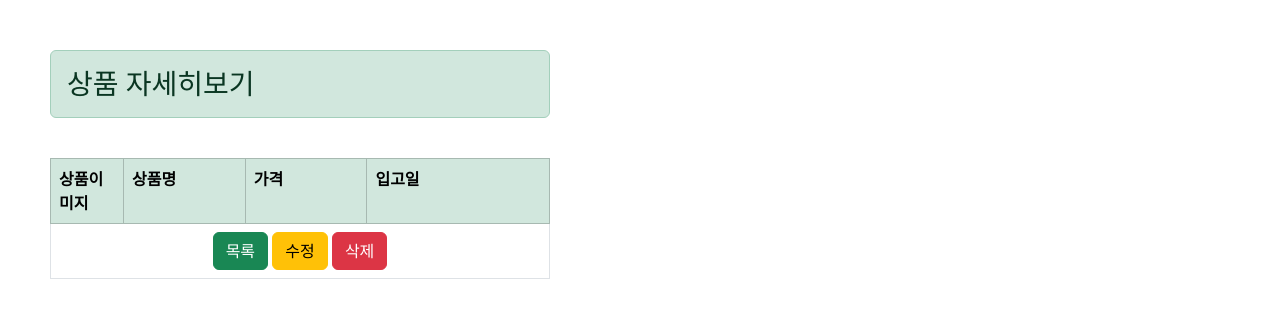
Repository: JunbroGit/SistProject
Page: http://localhost/jsaAjaxProject/quizshop/detailPage.jsp
The author's editor kept a copy of each file at every save. The page is drawn from the files as they stood at one save, then again after the next save.
The browser window is 1280 px wide. The pictures show the whole page.
Some web fonts or font styles are not loaded; a fallback is used. The page is served by Tomcat 9. Other server files are loaded and not shown. Queries for data that is not in the repository find no rows.

Above is the page before, as saved 2024-03-12 07:55:25.

### jspwork/jsaAjaxProject/src/main/webapp/quizshop/detailPage.jsp
<%@page import="quizshop.model.QuizShopDto"%>
<%@page import="java.util.List"%>
<%@page import="quizshop.model.QuizShopDao"%>
<%@ page language="java" contentType="text/html; charset=UTF-8"
    pageEncoding="UTF-8"%>
<!DOCTYPE html>
<html>
<head>
<meta charset="UTF-8">
<link href="https://cdn.jsdelivr.net/npm/bootstrap@5.3.2/dist/css/bootstrap.min.css" rel="stylesheet">
<link href="https://fonts.googleapis.com/css2?family=Dongle&family=Gaegu&family=Nanum+Myeongjo&family=Nanum+Pen+Script&family=Noto+Sans+KR:wght@100..900&display=swap" rel="stylesheet">
<script src="https://code.jquery.com/jquery-3.7.0.js"></script>
<title>Insert title here</title>
</head>
<%
	QuizShopDao dao=new QuizShopDao();
	List<QuizShopDto> list=dao.getAllShops();
%>
<body>
	<!-- 이미지가 크게 나오고 옆에 설명추가
	     상품명   가격   입고일

	     맨아래 목록,수정,삭제 버튼 3개 추가 -->

<div style="margin: 50px 50px; width: 500px;">
	<h3 class="alert alert-success">상품 자세히보기</h3>
	<br>
	<table class="table table-bordered">
		<tr class="table-success">
			<th width="60">상품이미지</th>
			<th width="100">상품명</th>
			<th width="100">가격</th>
			<th width="150">입고일</th>
		</tr>

		<%
			for(int i=0;i<list.size();i++){

				QuizShopDto dto=list.get(i);
				%>
				<tr>
					<td><img src="../image/쇼핑몰이미지/<%=dto.getPhoto() %>.jpg" width="150px;"></td>
					<td style="vertical-align: middle;"><%=dto.getSang_name() %></td>
					<td style="vertical-align: middle;"><%=dto.getPrice() %>원</td>
					<td style="vertical-align: middle;"><%=dto.getIpgoday() %></td>
				</tr>
			<%}
		%>

		<tr>
			<td colspan="4" align="center">
				<button class="btn btn-success">목록</button>
				<button class="btn btn-warning">수정</button>
				<button class="btn btn-danger">삭제</button>
			</td>
		</tr>
	</table>
</div>
</body>
</html>

### jspwork/jsaAjaxProject/src/main/java/quizshop/model/QuizShopDao.java
package quizshop.model;

import java.sql.Connection;
import java.sql.PreparedStatement;
import java.sql.ResultSet;
import java.sql.SQLException;
import java.util.ArrayList;
import java.util.List;

import mysql.db.DbConnect;

public class QuizShopDao {

	DbConnect db=new DbConnect();

	public void insertShop(QuizShopDto dto) {

		Connection conn=db.getConnection();
		PreparedStatement pstmt=null;

		String sql="insert into quizshop values(null,?,?,?,?,now())";

		try {
			pstmt=conn.prepareStatement(sql);

			pstmt.setString(1, dto.getSang_name());
			pstmt.setString(2, dto.getPhoto());
			pstmt.setInt(3, dto.getPrice());
			pstmt.setString(4, dto.getIpgoday());

			pstmt.execute();
		} catch (SQLException e) {
			// TODO Auto-generated catch block
			e.printStackTrace();
		}finally {
			db.dbClose(pstmt, conn);
		}
	}

	public List<QuizShopDto> getAllShops(){

		List<QuizShopDto> list=new ArrayList<QuizShopDto>();

		Connection conn=db.getConnection();
		PreparedStatement pstmt=null;
		ResultSet rs=null;

		String sql="select * from quizshop order by num desc";

		try {
			pstmt=conn.prepareStatement(sql);
			rs=pstmt.executeQuery();

			while(rs.next()) {

				QuizShopDto dto=new QuizShopDto();

				dto.setNum(rs.getString("num"));
				dto.setSang_name(rs.getString("sang_name"));
				dto.setPhoto(rs.getString("photo"));
				dto.setPrice(rs.getInt("price"));
				dto.setIpgoday(rs.getString("ipgoday"));
				dto.setWriteday(rs.getTimestamp("writeday"));

				list.add(dto);
			}
		} catch (SQLException e) {
			// TODO Auto-generated catch block
			e.printStackTrace();
		}finally {
			db.dbClose(rs, pstmt, conn);
		}

		return list;
	}
}

### jspwork/jsaAjaxProject/src/main/java/mysql/db/DbConnect.java
package mysql.db;

import java.sql.Connection;
import java.sql.DriverManager;
import java.sql.PreparedStatement;
import java.sql.ResultSet;
import java.sql.SQLException;
import java.sql.Statement;

public class DbConnect {

	static final String MYSQLDRIVER="com.mysql.cj.jdbc.Driver";
	static final String MYSQL_URL="jdbc:mysql://localhost:3306/coffee";

	public DbConnect() {
		try {
			Class.forName(MYSQLDRIVER);
			System.out.println("mysql 드라이버성공");
		} catch (ClassNotFoundException e) {
			// TODO Auto-generated catch block
			//e.printStackTrace();
			System.out.println("mysql 드라이버 실패"+e.getMessage());
		}
	}


	public Connection getConnection()
	{
		Connection conn=null;

		try {
			conn=DriverManager.getConnection(MYSQL_URL, "junbro", "1234");
			System.out.println("MYSQL계정연결성공");
		} catch (SQLException e) {
			// TODO Auto-generated catch block
			e.printStackTrace();
			System.out.println("MYSQL연결실패: "+e.getMessage());
		}


		return conn;
	}

	//close 총 4개 오버로딩
	public void dbClose(ResultSet rs,Statement stmt,Connection conn)
	{

			try {
				if(rs!=null) rs.close();
				if(stmt!=null) stmt.close();
				if(conn!=null) conn.close();
			} catch (SQLException e) {
				// TODO Auto-generated catch block
				e.printStackTrace();
			}
	}

	public void dbClose(Statement stmt,Connection conn)
	{

			try {

				if(stmt!=null) stmt.close();
				if(conn!=null) conn.close();
			} catch (SQLException e) {
				// TODO Auto-generated catch block
				e.printStackTrace();
			}
	}

	public void dbClose(ResultSet rs,PreparedStatement pstmt,Connection conn)
	{

			try {
				if(rs!=null) rs.close();
				if(pstmt!=null) pstmt.close();
				if(conn!=null) conn.close();
			} catch (SQLException e) {
				// TODO Auto-generated catch block
				e.printStackTrace();
			}
	}

	public void dbClose(PreparedStatement pstmt,Connection conn)
	{

			try {

				if(pstmt!=null) pstmt.close();
				if(conn!=null) conn.close();
			} catch (SQLException e) {
				// TODO Auto-generated catch block
				e.printStackTrace();
			}
	}


}

After the next save:
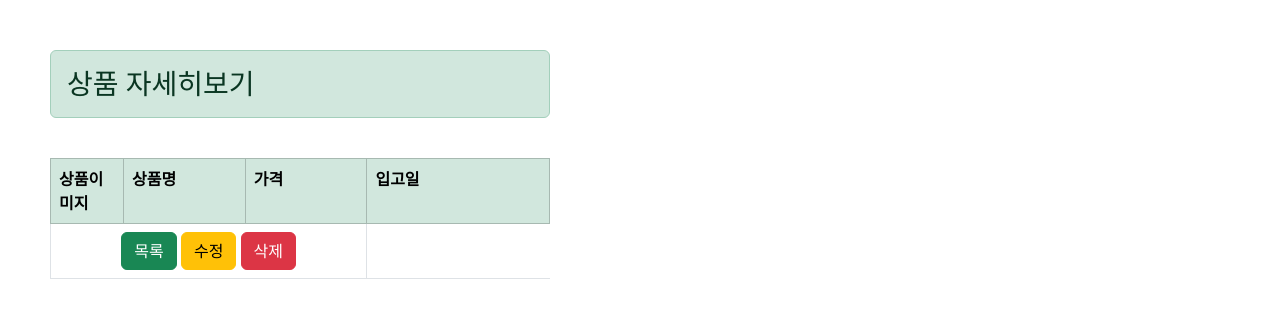
Saved 14 s later.
--- a/jspwork/jsaAjaxProject/src/main/webapp/quizshop/detailPage.jsp
+++ b/jspwork/jsaAjaxProject/src/main/webapp/quizshop/detailPage.jsp
@@ -48,7 +48,7 @@
 		%>
 
 		<tr>
-			<td colspan="4" align="center">
+			<td colspan="3" align="center">
 				<button class="btn btn-success">목록</button>
 				<button class="btn btn-warning">수정</button>
 				<button class="btn btn-danger">삭제</button>
